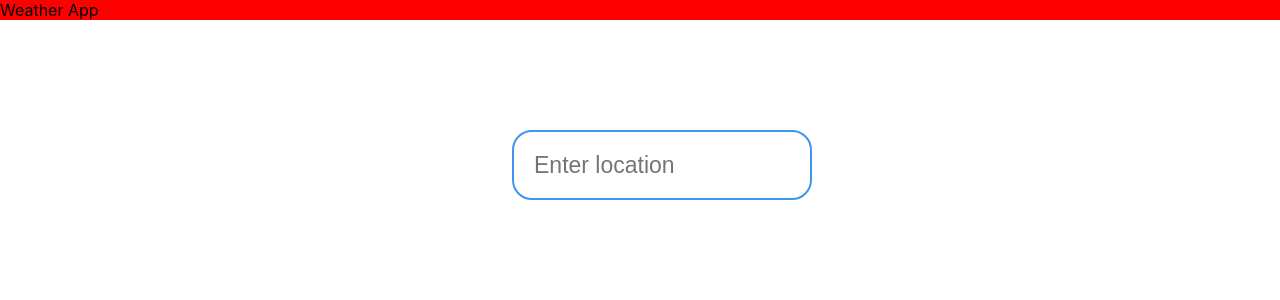
Repository: RenataDzotova/WeatherForecast
Page: /
The author's editor kept a copy of each file at every save. The page is drawn from the files as they stood at one save, then again after the next save.
The browser window is 1280 px wide. The pictures show the whole page.
The project was rebuilt for these pictures with package versions that can differ from the ones it lists, and the page was loaded fresh each time. The framework's server and built-in components were replaced by stand-ins that run in the browser. Also part of the build but not shown: next.config.js.

Above is the page before, as saved 2023-01-19 16:02:12.

After the next save:
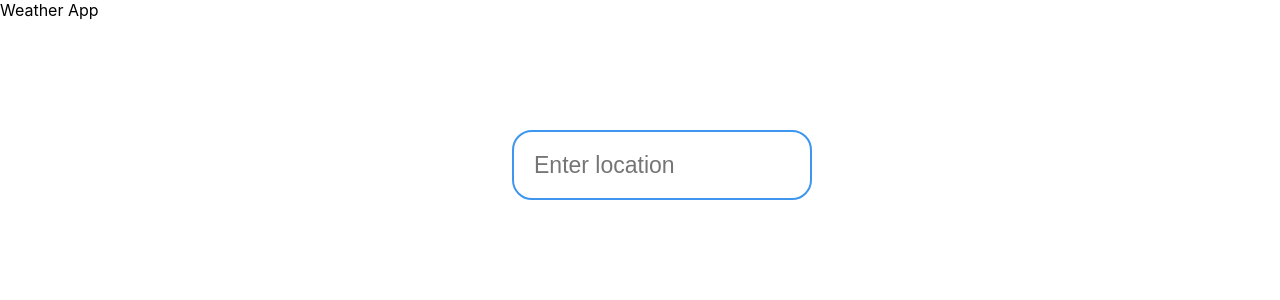
Saved 66 s later.
--- a/pages/index.js
+++ b/pages/index.js
@@ -38,7 +38,7 @@ export default function Home() {
   const url = `https://api.openweathermap.org/data/2.5/weather?q=${location}&units=${units}&appid=${apiKey}&lang=${lang}`
 
   return (
-    <div className={styles.mainBackgroundImage}>
+    <div className={styles.bg}>
       <Head>
         <title>Create Next App</title>
         <meta name="description" content="Generated by create next app" />
